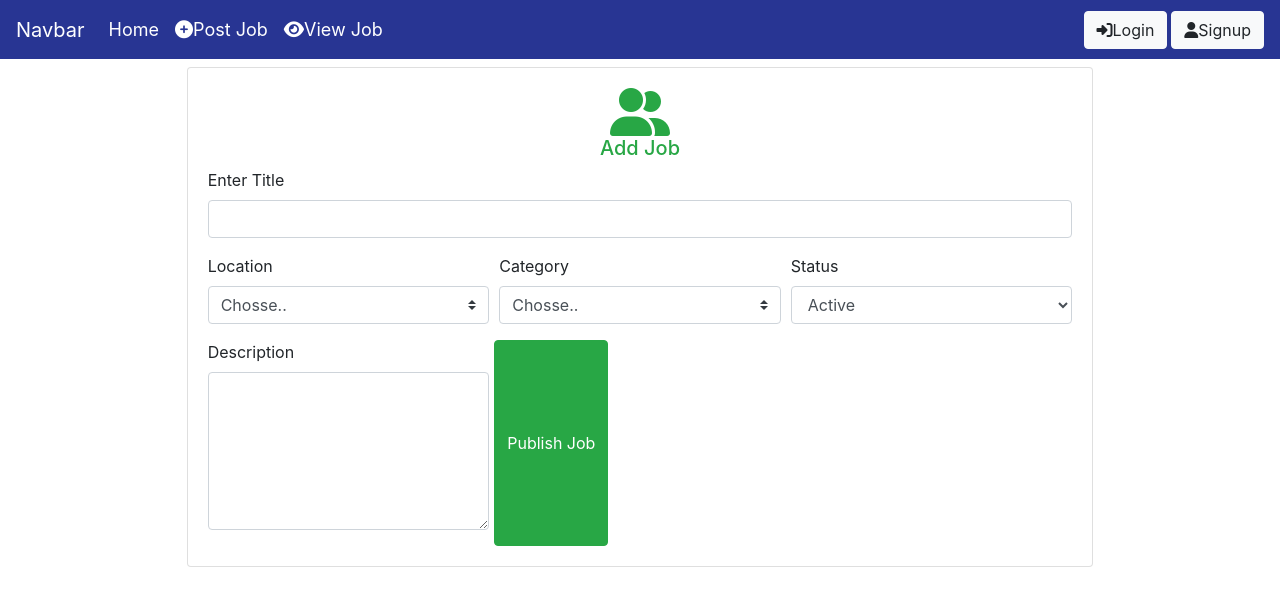
Repository: Pankaj08072001/Adv_Java
Page: http://localhost/06_Job_portal_Project/add_job.jsp
An editor plug-in stored every save of this project. The page is shown before and after the next save, followed by the edit.
The browser window is 1280 px wide. The pictures show the whole page.
Some web libraries are served in a nearby version. The page is served by Tomcat 9. Other server files are loaded and not shown.

Above is the page before, as saved 2025-03-13 21:08:23.

### 06_Job_portal_Project/src/main/webapp/add_job.jsp
<%@ page language="java" contentType="text/html; charset=UTF-8"
	pageEncoding="UTF-8"%>
<!DOCTYPE html>
<html>
<head>
<meta charset="UTF-8">
<title>Add_Job</title>
<%@include file="All_component/All_css.jsp"%>
</head>
<body>
	<%@include file="All_component/Navbar.jsp"%>
	<div class="container p-2">
		<div class="col-md-10 offset-md-1">
			<div class="card">
				<div class="card-body">
					<div class="text-center text-success">
						<i class="fa fa-user-friends fa-3x"></i>
						<h5>Add Job</h5>
					</div>
					<%--  <c:if test= "${not empty succMsg}">
						<div class="alert alert-success" role="alert">${succMsg} </div>
						<c:remove var="succMsg"/>
						</c:if>
						--%>

					<form action="addjob" method="post">
						<div class="form-group">
							<label>Enter Title</label><input type="text" required="required"
								class="form-control" name="title">
						</div>
						<div class="form-row">
							<div class="form-group col-md-4">
								<label>Location </label> <select name="Location"
									class="custom-select" id="inlineFormCustomSelectPref">
									<option selected>Chosse..</option>
									<option value="Odisha">Odisha</option>
									<option value="Utter Pardesh">Utter Pardesh</option>
									<option value="Haryana">Haryana</option>
									<option value="Gujurat">Gujurat</option>
									<option value="Delhi">Delhi</option>
									<option value="Chennai">Chennai</option>
									<option value="Hydrabaad">Hydrabaad</option>
									<option value="Jharkhand">Jharkhand</option>
									<option value="Pune">Pune</option>
								</select>
							</div>
							<div class="form-group col-md-4">
								<label>Category </label> <select name="Category"
									class="custom-select" id="inlineFormCustomSelectPref">
									<option selected>Chosse..</option>
									<option value="IT">IT</option>
									<option value="Developer">Developer</option>
									<option value="Banking">Banking</option>
									<option value="Teacher">Teacher</option>
								</select>
							</div>
							<div class="form-group col-md-4">
								<label>Status</label> <select name="Status" class="form-control"
									id="inlineFormCustomSelectPref">
									<option class="Active" value="Active">Active</option>
									<option class="Inactive" value="Inactive">Inactive</option>

								</select>
							</div>
							<div class="form-group col-md-4">
								<label>Description </label>
								<textarea required rows="6" cols="" name="desc"
									class="form-control"></textarea>
							</div>

							<button class="btn btn-success">Publish Job</button>
					</form>
				</div>
			</div>
		</div>
	</div>

</body>
</html>

### 06_Job_portal_Project/src/main/webapp/All_component/All_css.jsp
<link rel="stylesheet"
	href="https://cdn.jsdelivr.net/npm/bootstrap@4.0.0/dist/css/bootstrap.min.css"
	integrity="sha384-Gn5384xqQ1aoWXA+058RXPxPg6fy4IWvTNh0E263XmFcJlSAwiGgFAW/dAiS6JXm"
	crossorigin="anonymous">


<script src="https://code.jquery.com/jquery-3.2.1.slim.min.js"
	integrity="sha384-KJ3o2DKtIkvYIK3UENzmM7KCkRr/rE9/Qpg6aAZGJwFDMVNA/GpGFF93hXpG5KkN"
	crossorigin="anonymous"></script>
<script
	src="https://cdn.jsdelivr.net/npm/popper.js@1.12.9/dist/umd/popper.min.js"
	integrity="sha384-ApNbgh9B+Y1QKtv3Rn7W3mgPxhU9K/ScQsAP7hUibX39j7fakFPskvXusvfa0b4Q"
	crossorigin="anonymous"></script>
<script
	src="https://cdn.jsdelivr.net/npm/bootstrap@4.0.0/dist/js/bootstrap.min.js"
	integrity="sha384-JZR6Spejh4U02d8jOt6vLEHfe/JQGiRRSQQxSfFWpi1MquVdAyjUar5+76PVCmYl"
	crossorigin="anonymous"></script>

<link rel="stylesheet"
	href="https://cdnjs.cloudflare.com/ajax/libs/font-awesome/6.7.2/css/all.min.css"
	integrity="sha512-Evv84Mr4kqVGRNSgIGL/F/aIDqQb7xQ2vcrdIwxfjThSH8CSR7PBEakCr51Ck+w+/U6swU2Im1vVX0SVk9ABhg=="
	crossorigin="anonymous" referrerpolicy="no-referrer" />

	<link rel="Stylesheet" href ="All_component/Style.css" >

### 06_Job_portal_Project/src/main/webapp/All_component/Navbar.jsp
<nav class="navbar navbar-expand-lg navbar-dark bg-custom">
	<a class="navbar-brand" href="#">Navbar</a>
	<button class="navbar-toggler" type="button" data-toggle="collapse"
		data-target="#navbarSupportedContent"
		aria-controls="navbarSupportedContent" aria-expanded="false"
		aria-label="Toggle navigation">
		<span class="navbar-toggler-icon"></span>
	</button>

	<div class="collapse navbar-collapse" id="navbarSupportedContent">
		<ul class="navbar-nav mr-auto">
			<li class="nav-item active"><a class="nav-link" href="#">Home
					<span class="sr-only">(current)</span>
			</a></li>
			<li class="nav-item"><a class="nav-link" href="#"><i class="fas fa-plus-circle"></i>Post Job</a></li>
			<li class="nav-item"><a class="nav-link" href="#"><i class="fas fa-eye"></i>View Job</a></li>

		</ul>
		<form class="form-inline my-2 my-lg-0">
			<a href="login.jsp" class="btn btn-light mr-1"> <i class="fas fa-sign-in-alt"></i>Login</a>
			<a href ="Signup.jsp" class="btn btn-light"><i class="fas fa-user"></i>Signup</a>
		</form>
	</div>
</nav>

### 06_Job_portal_Project/src/main/webapp/All_component/Style.css
body{
	padding : 0;
	margin:0;
}

.bg-custom{
	background : #283593 !important;

}
.navbar .nav-item .nav-link{
	font-size: 18px;
	color : white;
}
.navbar .nav-item:hover .nav-link{
	background : white ;
	color : black;
	border-radius: 10px;
}

After the next save:
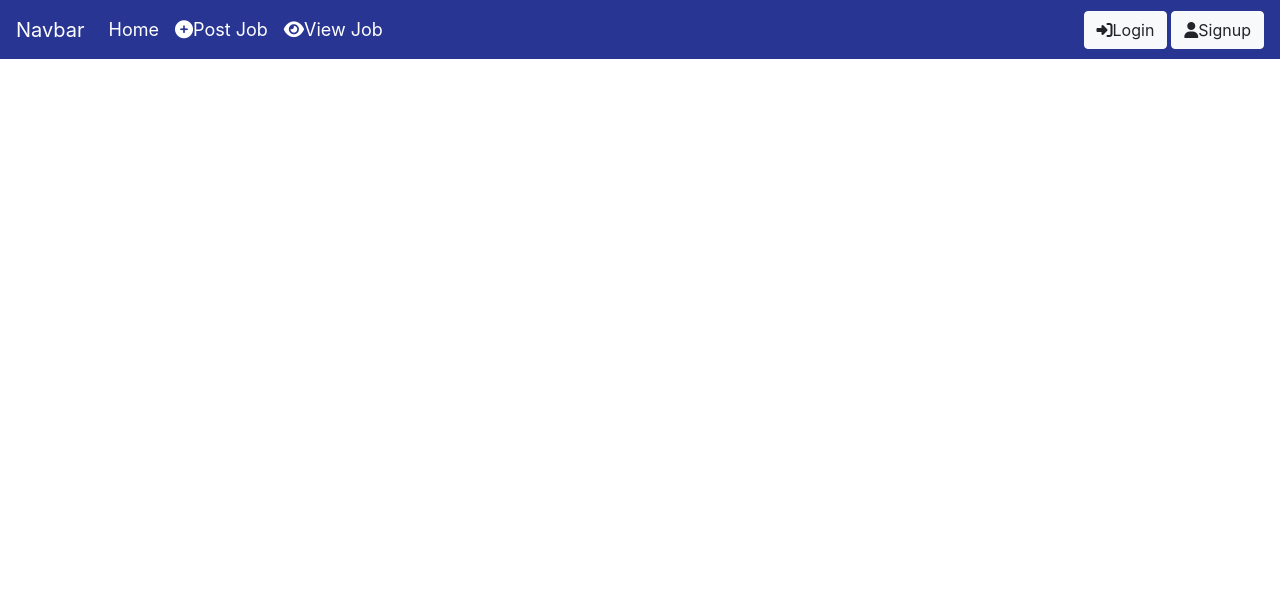
Saved 3 min 26 s later.
--- a/06_Job_portal_Project/src/main/webapp/add_job.jsp
+++ b/06_Job_portal_Project/src/main/webapp/add_job.jsp
@@ -9,71 +9,7 @@
 </head>
 <body>
 	<%@include file="All_component/Navbar.jsp"%>
-	<div class="container p-2">
-		<div class="col-md-10 offset-md-1">
-			<div class="card">
-				<div class="card-body">
-					<div class="text-center text-success">
-						<i class="fa fa-user-friends fa-3x"></i>
-						<h5>Add Job</h5>
-					</div>
-					<%--  <c:if test= "${not empty succMsg}">
-						<div class="alert alert-success" role="alert">${succMsg} </div>
-						<c:remove var="succMsg"/>
-						</c:if>
-						--%>
 
-					<form action="addjob" method="post">
-						<div class="form-group">
-							<label>Enter Title</label><input type="text" required="required"
-								class="form-control" name="title">
-						</div>
-						<div class="form-row">
-							<div class="form-group col-md-4">
-								<label>Location </label> <select name="Location"
-									class="custom-select" id="inlineFormCustomSelectPref">
-									<option selected>Chosse..</option>
-									<option value="Odisha">Odisha</option>
-									<option value="Utter Pardesh">Utter Pardesh</option>
-									<option value="Haryana">Haryana</option>
-									<option value="Gujurat">Gujurat</option>
-									<option value="Delhi">Delhi</option>
-									<option value="Chennai">Chennai</option>
-									<option value="Hydrabaad">Hydrabaad</option>
-									<option value="Jharkhand">Jharkhand</option>
-									<option value="Pune">Pune</option>
-								</select>
-							</div>
-							<div class="form-group col-md-4">
-								<label>Category </label> <select name="Category"
-									class="custom-select" id="inlineFormCustomSelectPref">
-									<option selected>Chosse..</option>
-									<option value="IT">IT</option>
-									<option value="Developer">Developer</option>
-									<option value="Banking">Banking</option>
-									<option value="Teacher">Teacher</option>
-								</select>
-							</div>
-							<div class="form-group col-md-4">
-								<label>Status</label> <select name="Status" class="form-control"
-									id="inlineFormCustomSelectPref">
-									<option class="Active" value="Active">Active</option>
-									<option class="Inactive" value="Inactive">Inactive</option>
-
-								</select>
-							</div>
-							<div class="form-group col-md-4">
-								<label>Description </label>
-								<textarea required rows="6" cols="" name="desc"
-									class="form-control"></textarea>
-							</div>
-
-							<button class="btn btn-success">Publish Job</button>
-					</form>
-				</div>
-			</div>
-		</div>
-	</div>
 
 </body>
 </html>

After the save that followed:
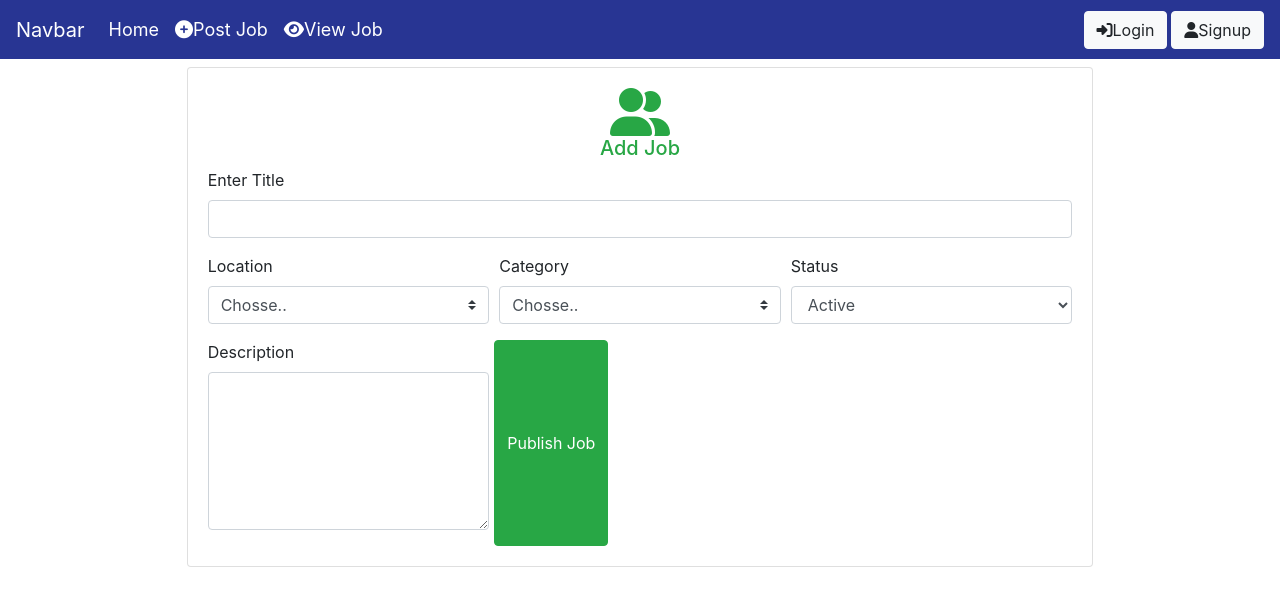
Saved 24 s later.
--- a/06_Job_portal_Project/src/main/webapp/add_job.jsp
+++ b/06_Job_portal_Project/src/main/webapp/add_job.jsp
@@ -9,6 +9,72 @@
 </head>
 <body>
 	<%@include file="All_component/Navbar.jsp"%>
+	<div class="container p-2">
+		<div class="col-md-10 offset-md-1">
+			<div class="card">
+				<div class="card-body">
+					<div class="text-center text-success">
+						<i class="fa fa-user-friends fa-3x"></i>
+						<h5>Add Job</h5>
+					</div>
+					<%--  <c:if test= "${not empty succMsg}">
+						<div class="alert alert-success" role="alert">${succMsg} </div>
+						<c:remove var="succMsg"/>
+						</c:if>
+						--%>
+
+					<form action="addjob" method="post">
+						<div class="form-group">
+							<label>Enter Title</label><input type="text" required="required"
+								class="form-control" name="title">
+						</div>
+						<div class="form-row">
+							<div class="form-group col-md-4">
+								<label>Location </label> <select name="Location"
+									class="custom-select" id="inlineFormCustomSelectPref">
+									<option selected>Chosse..</option>
+									<option value="Odisha">Odisha</option>
+									<option value="Utter Pardesh">Utter Pardesh</option>
+									<option value="Haryana">Haryana</option>
+									<option value="Gujurat">Gujurat</option>
+									<option value="Delhi">Delhi</option>
+									<option value="Chennai">Chennai</option>
+									<option value="Hydrabaad">Hydrabaad</option>
+									<option value="Jharkhand">Jharkhand</option>
+									<option value="Pune">Pune</option>
+								</select>
+							</div>
+							<div class="form-group col-md-4">
+								<label>Category </label> <select name="Category"
+									class="custom-select" id="inlineFormCustomSelectPref">
+									<option selected>Chosse..</option>
+									<option value="IT">IT</option>
+									<option value="Developer">Developer</option>
+									<option value="Banking">Banking</option>
+									<option value="Teacher">Teacher</option>
+								</select>
+							</div>
+							<div class="form-group col-md-4">
+								<label>Status</label> <select name="Status" class="form-control"
+									id="inlineFormCustomSelectPref">
+									<option class="Active" value="Active">Active</option>
+									<option class="Inactive" value="Inactive">Inactive</option>
+
+								</select>
+							</div>
+							<div class="form-group col-md-4">
+								<label>Description </label>
+								<textarea required rows="6" cols="" name="desc"
+									class="form-control"></textarea>
+							</div>
+
+							<button class="btn btn-success">Publish Job</button>
+						</div>
+					</form>
+				</div>
+			</div>
+		</div>
+	</div>
 
 
 </body>
